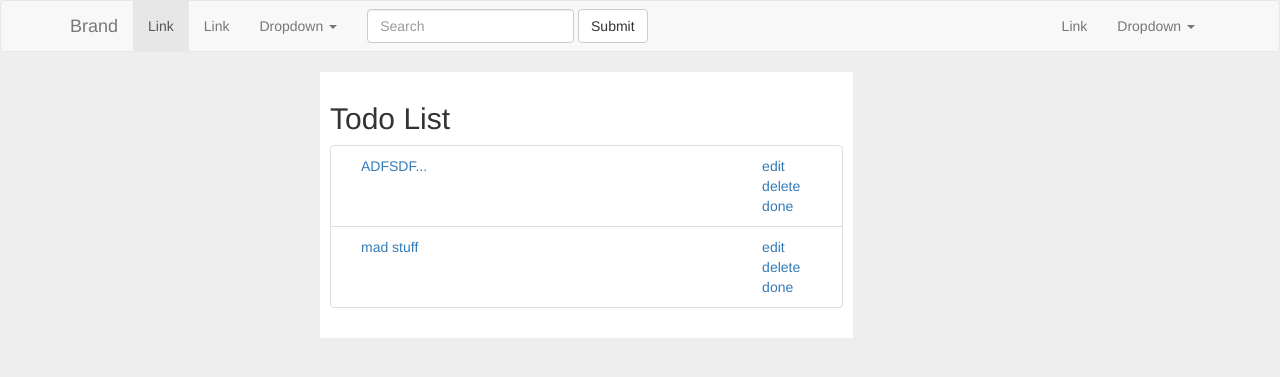
Repository: neoighodaro-articles/migrating-to-laravel
Page: http://localhost/pages/home.php
The author's editor kept a copy of each file at every save. The page is drawn from the files as they stood at one save, then again after the next save.
The browser window is 1280 px wide. The pictures show the whole page.
The page is run by PHP 8.4 with error messages shown; the project is at /var/www/html/. The database holds what the project's SQL file puts in it.

Above is the page before, as saved 2018-06-12 20:14:46.

After the next save:
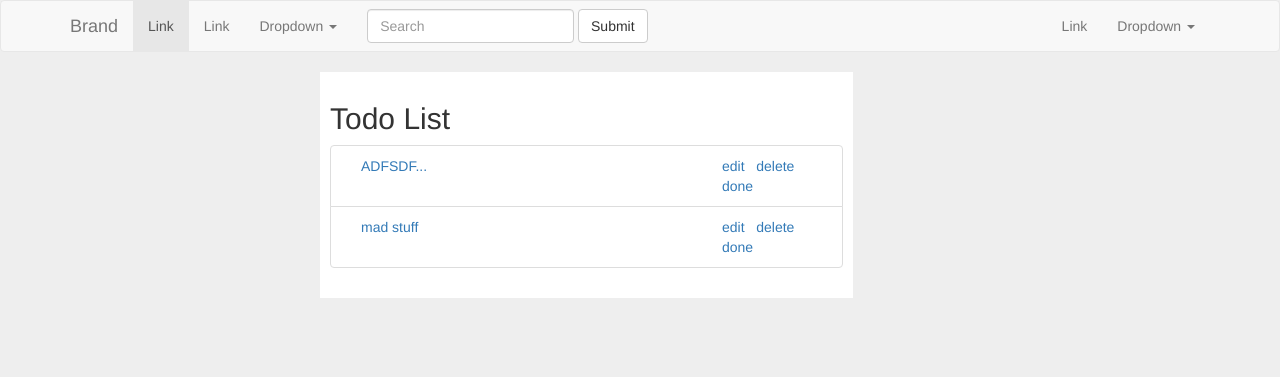
Saved 6 s later.
--- a/vanilla/pages/home.php
+++ b/vanilla/pages/home.php
@@ -82,10 +82,10 @@
 
      <?php while($fetch = $query->fetch()): ?>
       <li class="list-group-item">
-        <div class="col-md-10">
+        <div class="col-md-9">
           <a href="#"><?php echo $fetch['title'] ?></a>
         </div>
-        <div class="col-md-2">
+        <div class="col-md-3">
           <a href="#">edit</a> &nbsp;
           <a href="#">delete</a> &nbsp;
           <a href="#">done</a>
